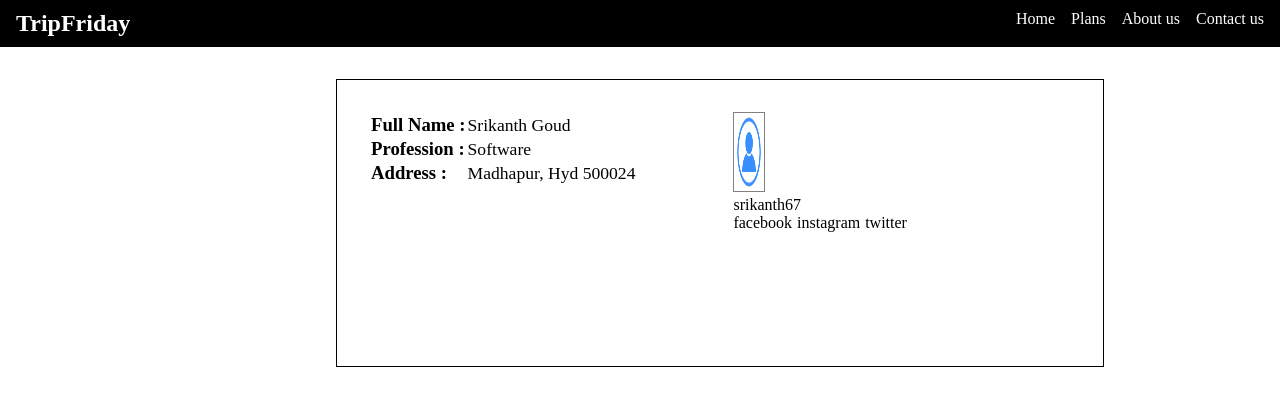
Repository: suraj-yadav7/userprofile
Page: /userdetails
These files come from the project's save history. The page is drawn as it stood at one moment and after the next save; the edit follows.
The browser window is 1280 px wide. The pictures show the whole page.
The project was rebuilt for these pictures with package versions that can differ from the ones it lists, and the page was loaded fresh each time. Also part of the build but not shown: src/components/UserProfile.jsx.

Above is the page before, as saved 2023-05-04 11:52:21.

### src/App.js
import './App.scss';
import UserProfile from './components/UserProfile';
import UserDetails from './components/UserDetails';
import { BrowserRouter as Router, Routes, Route } from 'react-router-dom';
import Header from './components/Header';


function App() {
  return (
    <>
    <Router>
      <Header />
      <Routes>
        <Route exact path='/' element={<UserProfile/>} />
        <Route exact path='/userdetails' element={<UserDetails/> } />
      </Routes>
    </Router>
    </>
  );
}

export default App;

### src/App.scss
*{
padding: 0;
margin: 0;
box-sizing: border-box;
}
nav{
    display: flex;
    justify-content:space-between;
    padding: 10px 1rem;
    background-color: black;
    color: white;
    >div>ul{
        display: flex;
        list-style: none;
        gap: 1rem;
    }
}

### src/components/UserDetails.jsx
import React from 'react'
import "../assests/userDetails.scss"
import usericon from"../assests/usericon.jpg"

const UserDetails = () => {
  return (
  <>
 <div className='details'>
  <div className='sub1'>
<table>
  <tr>
    <td><h3>Full Name :  </h3></td>
    <td><p> Srikanth Goud</p> </td>
  </tr>
  <tr>
    <td><h3>Profession :  </h3></td>
    <td><p> Software </p> </td>
  </tr>
  <tr>
    <td><h3>Address :</h3></td>
    <td><p>Madhapur, Hyd 500024</p> </td>
  </tr>
</table>

  </div>
  <div className='sub2'>
    <img src={usericon} alt="userimage"></img>
    <p>srikanth67</p>
    <div className='socialMedia'>
      <p>facebook</p>
      <p>instagram</p>
      <p>twitter</p>
    </div>
  </div>
 </div>
  </>
  )
}

export default UserDetails

### src/components/Header.jsx
import React from 'react'

const Header = () => {
  return (
  <>
  <nav>
<h1>TripFriday</h1>
<div>
    <ul>
        <li>Home</li>
        <li>Plans</li>
        <li>About us</li>
        <li>Contact us</li>
    </ul>
</div>
</nav>
  </>
  )
}

export default Header

### src/assests/userProfile.scss
@import "./color.scss";

nav{
    display: flex;
    justify-content:space-between;
    padding: 10px 1rem;
    background-color: black;
    color: white;
    >div>ul{
        display: flex;
        list-style: none;
        gap: 1rem;
    }
}

### src/assests/userDetails.scss
@import "./color.scss";

.details{
    display: flex;
    gap: 6rem;
    border: 1px solid black;
    width: 60vw;
    height: 40vh;
    padding: 2rem;
    margin: 2rem 21rem;
    // justify-content: center;
    // align-items: center;
    >.sub1 p{
        font-size: 1.1rem;

    }

    >.sub2 {
    >img{
        width: 2rem;
        height: 5rem;
        border: 1px solid grey;
    }

    >div{
        display: flex;
        gap: 5px;
        align-items: center;
    }
}
}

### src/assests/color.scss
$primary-color: #0f171e;
$secondary-color: #1a242f;
$font-primary:#ffff;
$font-secondary: #79b8f3;

Loaded but not shown: public/index.html (common file); src/index.js (common file)

After the next save:
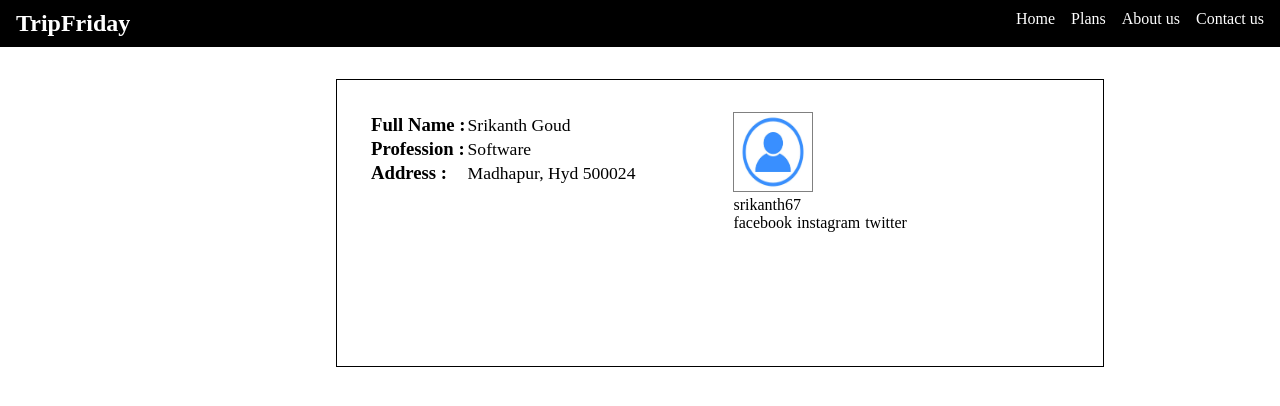
Saved 12 s later.
--- a/src/assests/userDetails.scss
+++ b/src/assests/userDetails.scss
@@ -17,7 +17,7 @@
 
     >.sub2 {
     >img{
-        width: 2rem;
+        width: 5rem;
         height: 5rem;
         border: 1px solid grey;
     }
